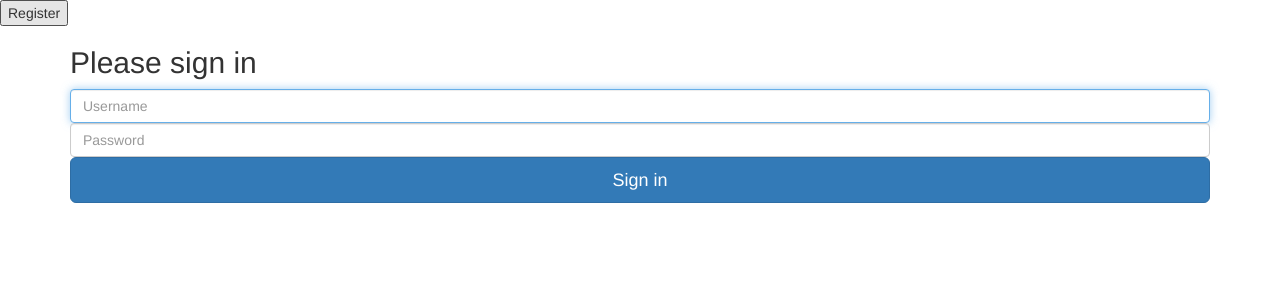
Repository: aaikinsm/FDM-Programs
Page: http://localhost/SoloProject/
The author's editor kept a copy of each file at every save. The page is drawn from the files as they stood at one save, then again after the next save.
The browser window is 1280 px wide. The pictures show the whole page.
The page is served by Tomcat 9. Other server files are loaded and not shown.

Above is the page before, as saved 2017-05-26 17:47:17.

### SoloProject/WebContent/index.jsp
<%@ page language="java" contentType="text/html; charset=ISO-8859-1"
    pageEncoding="ISO-8859-1"%>
<!DOCTYPE html PUBLIC "-//W3C//DTD HTML 4.01 Transitional//EN" "http://www.w3.org/TR/html4/loose.dtd">
<html>
<head>
<meta http-equiv="Content-Type" content="text/html; charset=ISO-8859-1">
<title>Online Exam</title>
</head>
<body>
	<a href="home">Go to home</a>
</body>
</html>

### SoloProject/WebContent/login.jsp
<%@ page language="java" contentType="text/html; charset=ISO-8859-1"
    pageEncoding="ISO-8859-1"%>
<!DOCTYPE html PUBLIC "-//W3C//DTD HTML 4.01 Transitional//EN" "http://www.w3.org/TR/html4/loose.dtd">
<html>
<head>
<meta http-equiv="Content-Type" content="text/html; charset=ISO-8859-1">
<title>Login</title>

<!-- Latest compiled and minified CSS -->
<link rel="stylesheet" href="https://maxcdn.bootstrapcdn.com/bootstrap/3.3.7/css/bootstrap.min.css" integrity="sha384-BVYiiSIFeK1dGmJRAkycuHAHRg32OmUcww7on3RYdg4Va+PmSTsz/K68vbdEjh4u" crossorigin="anonymous">

</head>
<body>
	<!--<h1>Login</h1>
	<h2 class="error" style="color:red">${errorMsg} </h2>
	 <form action="login" method="post">
		username: <input type="text" name="username"><br/>
		password: <input type="password" name="password"><br/>
		<input type="submit" value="login">
	</form>
	<br/> -->
	<button >Register</button>

	<div class="container">

      <form class="form-signin" action="login" method="post">
        <h2 class="form-signin-heading">Please sign in</h2>
        <h4 class="error" style="color:red">${errorMsg} </h4>
        <label for="username" class="sr-only">Username</label>
        <input type="text" id="username" name="username" class="form-control" placeholder="Username" required autofocus>
        <label for="inputPassword" class="sr-only">Password</label>
        <input type="password" id="inputPassword" name="password" class="form-control" placeholder="Password" required>
        <button class="btn btn-lg btn-primary btn-block" type="submit">Sign in</button>
      </form>

    </div>
</body>
</html>

After the next save:
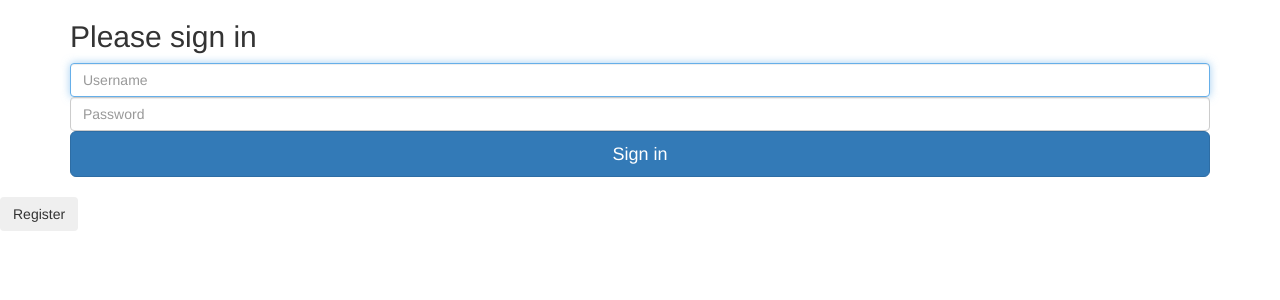
Saved 3 min 16 s later.
--- a/SoloProject/WebContent/login.jsp
+++ b/SoloProject/WebContent/login.jsp
@@ -19,7 +19,6 @@
 		<input type="submit" value="login">
 	</form>
 	<br/> -->
-	<button >Register</button>
 
 	<div class="container">
 
@@ -34,5 +33,7 @@
       </form>
 
     </div>
+	<br/>
+	<button class="btn">Register</button>
 </body>
 </html>
